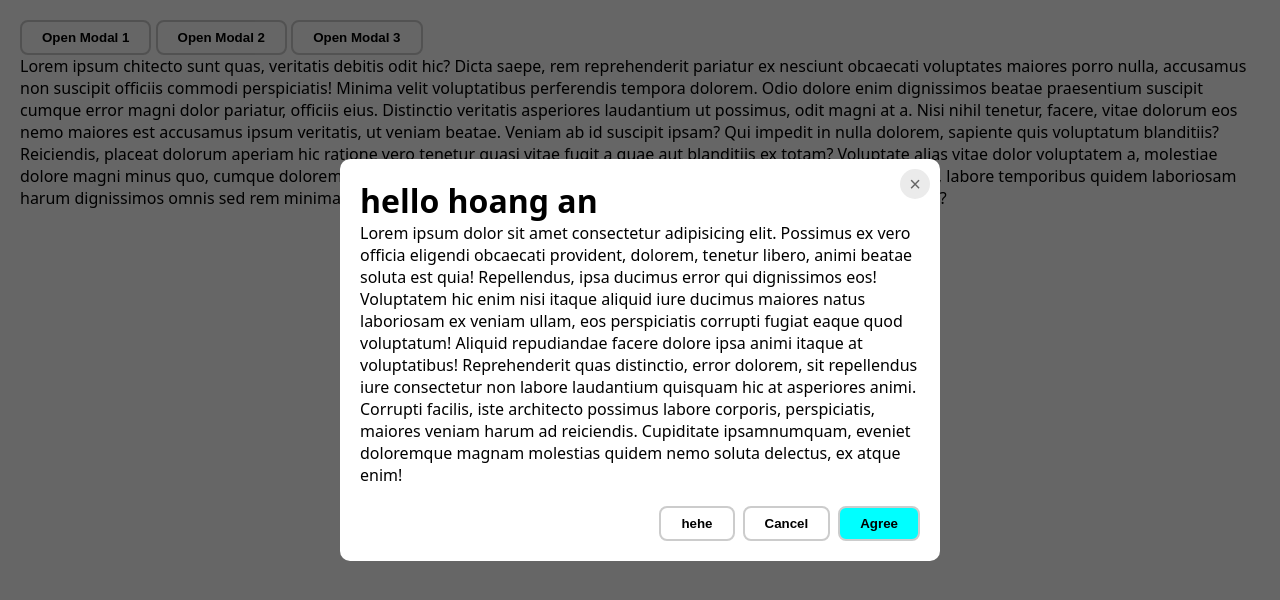
Repository: hoangan3526/Javascript-project
Page: index.html
An editor plug-in stored every save of this project. The page is shown before and after the next save, followed by the edit.
The browser window is 1280 px wide. The pictures show the whole page.

Above is the page before, as saved 2026-05-04 13:40:09.

### index.html
<!DOCTYPE html>
<html lang="en">
    <head>
        <meta charset="UTF-8" />
        <meta name="viewport" content="width=device-width, initial-scale=1.0" />
        <title>Modal</title>
        <link rel="stylesheet" href="style.css" />
    </head>
    <body>
        <main>
            <button id="open-modal-1" class="btn">Open Modal 1</button>
            <button id ="open-modal-2" class="btn">Open Modal 2</button>

            <button id="open-modal-3" class="btn">Open Modal 3</button>

            <p>Lorem ipsum chitecto sunt quas, veritatis debitis odit hic? Dicta saepe, rem reprehenderit pariatur ex nesciunt obcaecati voluptates maiores porro nulla, accusamus non suscipit officiis commodi perspiciatis!
            Minima velit voluptatibus perferendis tempora dolorem. Odio dolore enim dignissimos beatae praesentium suscipit cumque error magni dolor pariatur, officiis eius. Distinctio veritatis asperiores laudantium ut possimus, odit magni at a.
            Nisi nihil tenetur, facere, vitae dolorum eos nemo maiores est accusamus ipsum veritatis, ut veniam beatae. Veniam ab id suscipit ipsam? Qui impedit in nulla dolorem, sapiente quis voluptatum blanditiis?
            Reiciendis, placeat dolorum aperiam hic ratione vero tenetur quasi vitae fugit a quae aut blanditiis ex totam? Voluptate alias vitae dolor voluptatem a, molestiae dolore magni minus quo, cumque dolorem.
            Id unde minus sit laboriosam dolore beatae dolorum. Quo quibusdam adipisci, labore temporibus quidem laboriosam harum dignissimos omnis sed rem minima accusantium, perferendis reiciendis! Officia explicabo amet velit alias quisquam?</p>
        </main>
        <template id ="modal-1">
            <h1>hello hoang an</h1>
            <p>Lorem ipsum dolor sit amet consectetur adipisicing elit. Possimus ex vero officia eligendi obcaecati provident, dolorem, tenetur libero, animi beatae soluta est quia! Repellendus, ipsa ducimus error qui dignissimos eos!
            Voluptatem hic enim nisi itaque aliquid iure ducimus maiores natus laboriosam ex veniam ullam, eos perspiciatis corrupti fugiat eaque quod voluptatum! Aliquid repudiandae facere dolore ipsa animi itaque at voluptatibus!
            Reprehenderit quas distinctio, error dolorem, sit repellendus iure consectetur non labore laudantium quisquam hic at asperiores animi. Corrupti facilis, iste architecto possimus labore corporis, perspiciatis, maiores veniam harum ad reiciendis.
            Cupiditate ipsamnumquam, eveniet doloremque magnam molestias quidem nemo soluta delectus, ex atque enim!</p>
        </template>
        <template id="modal-2">
            <h1>Login</h1>
            <form action="" id="login-form">
                <input
                    type="email"
                    placeholder="Enter your email..."
                    id="email"
                />
                <br />
                <input
                    type="password"
                    placeholder="Enter your password..."
                    id="password"
                />
                <br />
                <button type="submit">Login</button>
            </form>
        </template>
        <template id = "modal-3">
            <h1>hello hoang an</h1>
            <p>Lorem ipsum dolor sit amet consectetur adipisicing elit. Possimus ex vero officia eligendi obcaecati provident, dolorem, tenetur libero, animi beatae soluta est quia! Repellendus, ipsa ducimus error qui dignissimos eos!
            Voluptatem hic enim nisi itaque aliquid iure ducimus maiores natus laboriosam ex veniam ullam, eos perspiciatis corrupti fugiat eaque quod voluptatum! Aliquid repudiandae facere dolore ipsa animi itaque at voluptatibus!
            Reprehenderit quas distinctio, error dolorem, sit repellendus iure consectetur non labore laudantium quisquam hic at asperiores animi. Corrupti facilis, iste architecto possimus labore corporis, perspiciatis, maiores veniam harum ad reiciendis.
            Cupiditate ipsamnumquam, eveniet doloremque magnam molestias quidem nemo soluta delectus, ex atque enim!</p>

        </template>
        <!-- Modal -->

        <script src="main.js"></script>
    </body>
</html>

### style.css
* {
    margin: 0;
    padding: 0;
    box-sizing: border-box;
}

html {
    font-size: 62.5%;
}

body {
    font-size: 1.6rem;
    font-family: system-ui, -apple-system, BlinkMacSystemFont, "Segoe UI",
        Roboto, Oxygen, Ubuntu, Cantarell, "Open Sans", "Helvetica Neue",
        sans-serif;
}
main {
    margin: 20px;
}

.btn {
    border: 2px solid #ccc;
    border-radius: 8px;
    padding: 8px 20px;
    font-weight: 600;
}
button {
    border: none;
    outline: none;
    background: transparent;
    cursor: pointer;
}

.modal-backdrop {
    position: fixed;
    inset: 0;
    display: flex;
    align-items: center;
    justify-content: center;
    background: rgba(0, 0, 0, 0.6);
    opacity: 0;
    visibility: hidden;
    transition: opacity, visibility;
    transition-duration: 0.3s;
}

.modal-backdrop.show {
    opacity: 1;
    visibility: visible;
}

.modal-backdrop.show .modal-container {
    transform: scale(1);
}

.modal-container {
    position: relative;
    width: min(600px, 90%);
    padding: 20px 20px 0;
    border-radius: 10px;
    background: #fff;
    transform: scale(0);
    transition: transform 0.3s;
}

.modal-close {
    position: absolute;
    top: 10px;
    right: 10px;
    width: 30px;
    height: 30px;
    border-radius: 50%;
    color: #666;
    background: #ebebeb;
    font-size: 2rem;
}

.modal-close:hover {
    color: #333;
}

.modal-content {
    max-height: 80vh;
    overflow-y: auto;
}
.modal-footer {
    display: flex;
    justify-content: flex-end;
    padding: 20px 0;
    gap : 8px ;
}
.no-scroll{
    overflow: hidden;
}
.btn.primary {
    background-color: aqua;
}

### main.js
const $ = document.querySelector.bind(document);
const $$ = document.querySelectorAll.bind(document);

function Modal(options = {}) {
    const { templateId, classCSS= [], destroyOnClose = true, closeMethods =["button" , "overlay", "escape"] , onOpen , onClose  , footer = false} = options;


        const template = $(`#${templateId}`);

        if (!template) {
            console.error(`#${templateId} does not exist!`);
            return;
        }
        this._allowEscapeClose = closeMethods.includes("escape");
        this._allowBackdropClose = closeMethods.includes("overlay");
        this._allowButtonClose = closeMethods.includes("button");

        this._footerbuttons =[];

        this.addfooterButton = (title , cssClasses , callback) =>{
            const button = document.createElement('button');
            button.className = cssClasses ;
            button.innerHTML = title ;
            button.onclick = callback ;

            this._footerbuttons.push(button);


        };
    function getScrollbarWidth() {
        if (getScrollbarWidth.value) return getScrollbarWidth.value;

        const div = document.createElement("div");
        Object.assign(div.style, {
            overflow: "scroll",
            position: "absolute",
            top: "-9999px",
        });

        document.body.appendChild(div);
        const scrollbarWidth = div.offsetWidth - div.clientWidth;
        document.body.removeChild(div);

        getScrollbarWidth.value = scrollbarWidth;

        return scrollbarWidth;
    }
    this.build = () => {
        const content = template.content.cloneNode(true);

        // Create modal elements
        this._backdrop = document.createElement("div");
        this._backdrop.className = "modal-backdrop";

        const container = document.createElement("div");
        container.className = "modal-container";
        classCSS.forEach( classItem => {
            if ( typeof classItem === "string"){
                container.classList.add(classItem);
            }
        });
        if(typeof classCSS === 'string'){

        }
        if (this._allowButtonClose){
            const closeBtn = document.createElement("button");
            closeBtn.className = "modal-close";
            closeBtn.innerHTML = "&times;";
            container.appendChild(closeBtn);
            closeBtn.onclick = () => this.close();
        }

        const modalContent = document.createElement("div");
        modalContent.className = "modal-content";

        // Append content and elements
        modalContent.append(content);
        container.append(modalContent);
        if ( footer){
           this._modalfooter = document.createElement("div");
            this._modalfooter.className = "modal-footer";
            if(this._footerContent){
                this._modalfooter.innerHTML = this._footerContent;
            }

            this._footerbuttons.forEach(button => {
                this._modalfooter.append(button);
            });
            container.append(this._modalfooter);
        }
        this._backdrop.append(container);
        document.body.append(this._backdrop);

    }
    this.open= () => {
       if (!this._backdrop){
        this.build();
       }

        setTimeout(() => {
            this._backdrop.classList.add("show");
        }, 0);

        // Disable scrolling
        document.body.classList.add("no-scroll");
        document.body.style.paddingRight = getScrollbarWidth() + "px";

        // Attach event listeners


        if (this._allowBackdropClose) {
            this._backdrop.onclick = (e) => {
                if (e.target === this._backdrop) {
                    this.close();
                }
            };
        }
        if(this._allowEscapeClose){
            document.addEventListener("keydown", (e) => {
                if (e.key === "Escape") {
                    this.close();
                }
            });
        }

            this._onTransitonEnd(() => {

                if ( typeof onOpen === "function") onOpen();
            })


        return this._backdrop;
    };
    this.setFooterContent = html => {
        this._footerContent = html;
        if(this._modalfooter){
            this._footerContent.innerHTML = html;
        }
    }
    this._onTransitonEnd = (callback) => {
        this._backdrop.ontransitionend = (e) => {
            if( e.propertyName !== "transform" ) return ;
        if ( typeof callback === "function") callback();
    }

    this.close = (destroy= destroyOnClose) => {
        this._backdrop.classList.remove("show");


        this._onTransitonEnd ( () => {
                if (this._backdrop && destroy){
                    this._backdrop.remove();
                    this._backdrop = null;
                    this._modalfooter = null;
                }

                // Enable scrolling
                document.body.classList.remove("no-scroll");
                document.body.style.paddingRight = "";

            if (typeof onClose === "function") onClose();
        });


    };
    this.destroy  = () => {
        this.close(true);
    }
}
}

const modal1 = new Modal(
    {
        templateId: "modal-1",

        destroyOnClose : false,
        onOpen : () => {
            console.log("Open Modal");

        },
        onClose :() => {
            console.log("Close Modal");

        }
    }
);

$("#open-modal-1").onclick = () => {
    const modalElement = modal1.open();
};

const modal2 = new Modal({
    templateId : "modal-2",
    classCSS : ["class1","class2"],
})
$("#open-modal-2").onclick = () => {
    const modalElement = modal2.open();
    const form = modalElement.querySelector("#login-form");
    if (form) {
        form.onsubmit = (e) => {
            e.preventDefault();
            const formData = {
                email: $("#email").value.trim(),
                password: $("#password").value.trim(),
            };

            console.log(formData);
        };
    }
}
const modal3 = new Modal({
    templateId: "modal-3",
    footer: true // Nhớ bật cái này lên
});

// Thêm nút Hủy
modal3.addfooterButton('hehe', 'btn change', (e) => {
    console.log("Bạn vừa bấm nút Hủy bỏ!");
    modal3.close(); // Thường nút Cancel sẽ gọi lệnh đóng Modal
});

modal3.addfooterButton('Cancel', 'btn', (e) => {
    console.log("Bạn vừa bấm nút Hủy bỏ!");
    modal3.close(); // Thường nút Cancel sẽ gọi lệnh đóng Modal
});

// Thêm nút Đồng ý
modal3.addfooterButton('Agree', 'btn primary', (e) => {
    console.log("Bạn vừa bấm Đồng Ý!");
    // Có thể thực hiện gửi API, lưu dữ liệu ở đây
});

// Cuối cùng mới mở Modal
modal3.open();

After the next save:
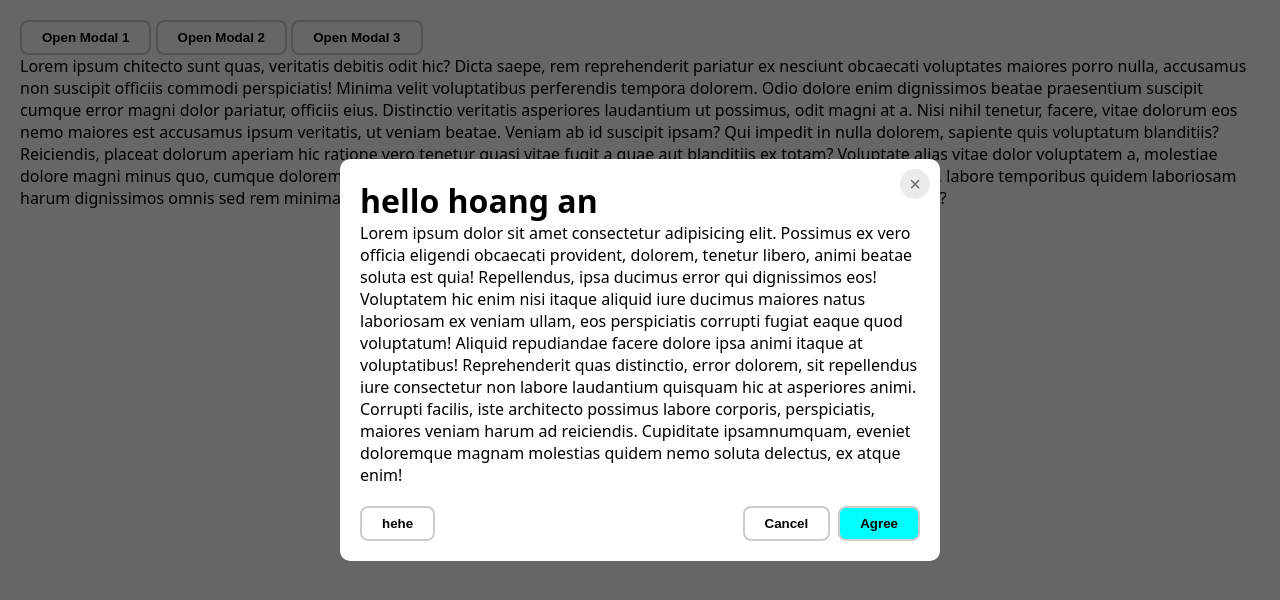
Saved 25 s later.
--- a/style.css
+++ b/style.css
@@ -95,3 +95,6 @@ button {
 .btn.primary {
     background-color: aqua;
 }
+.btn.change {
+    margin-right:auto ;
+}
